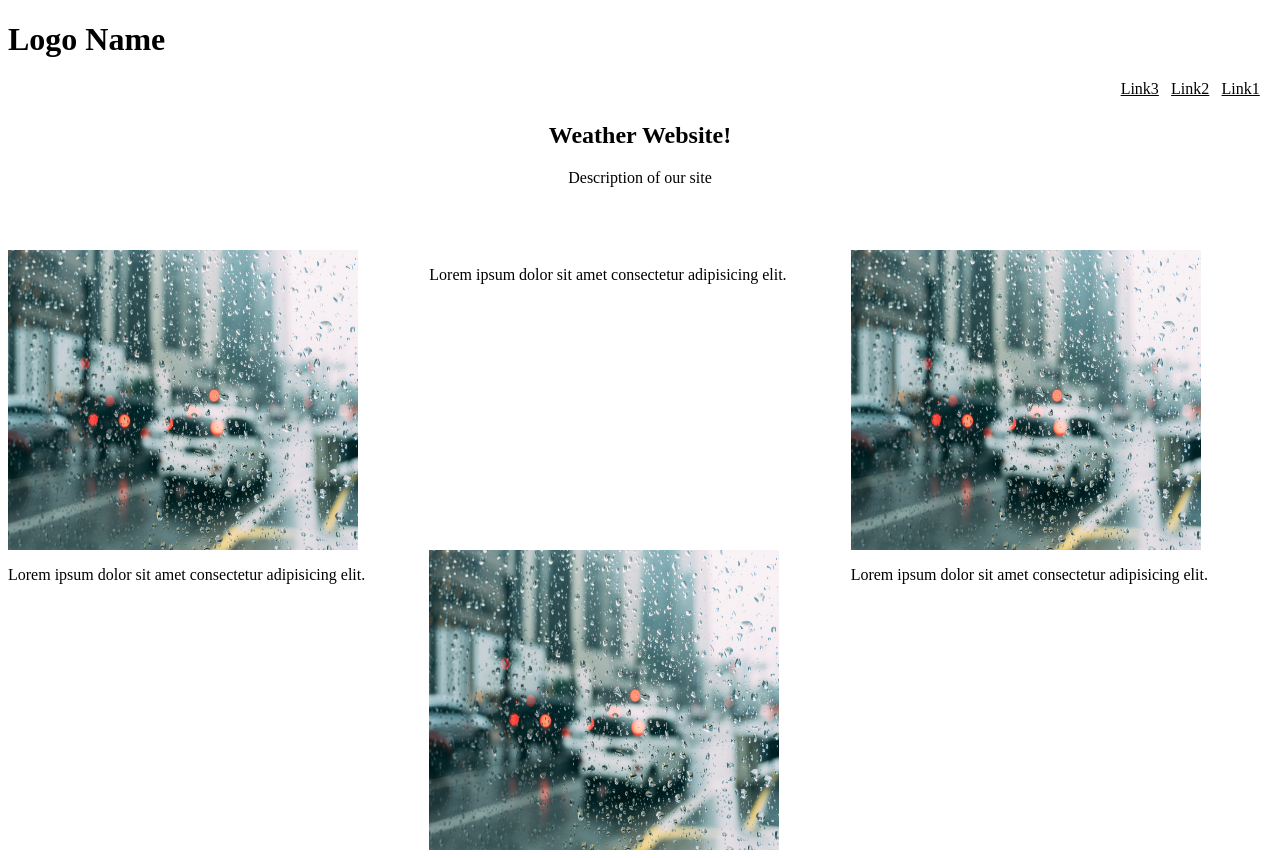
Repository: aaron1986/Breakout2_group_code
Page: index.html
These files come from the project's save history. The page is drawn as it stood at one moment and after the next save; the edit follows.
The browser window is 1280 px wide. The pictures show the whole page.

Above is the page before, as saved 2023-09-13 09:43:46.

After the next save:
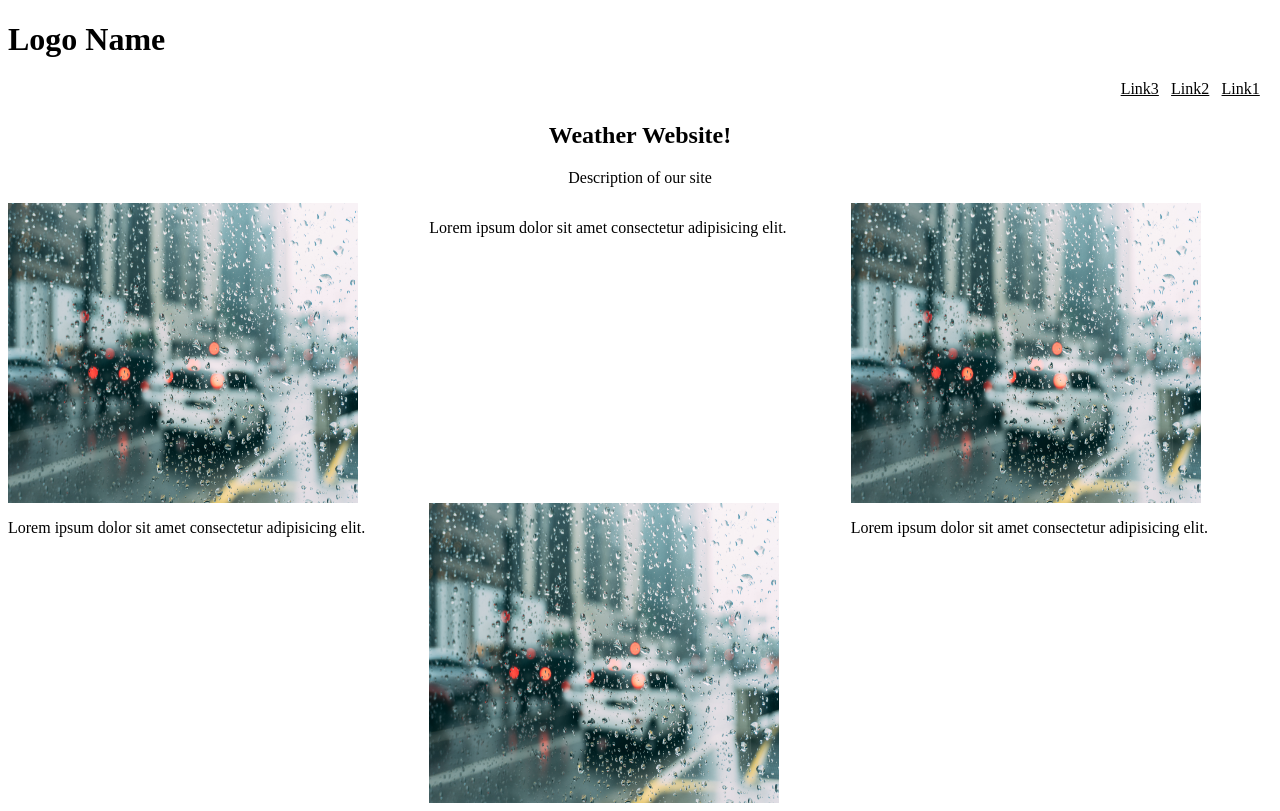
Saved 2 min 24 s later.
--- a/style.css
+++ b/style.css
@@ -28,7 +28,7 @@
 
 
 .image-container{
-    margin-top: 5%;
+
     display: grid;
     justify-content: center;
     grid-template-columns: repeat(3, 1fr);

After the save that followed:
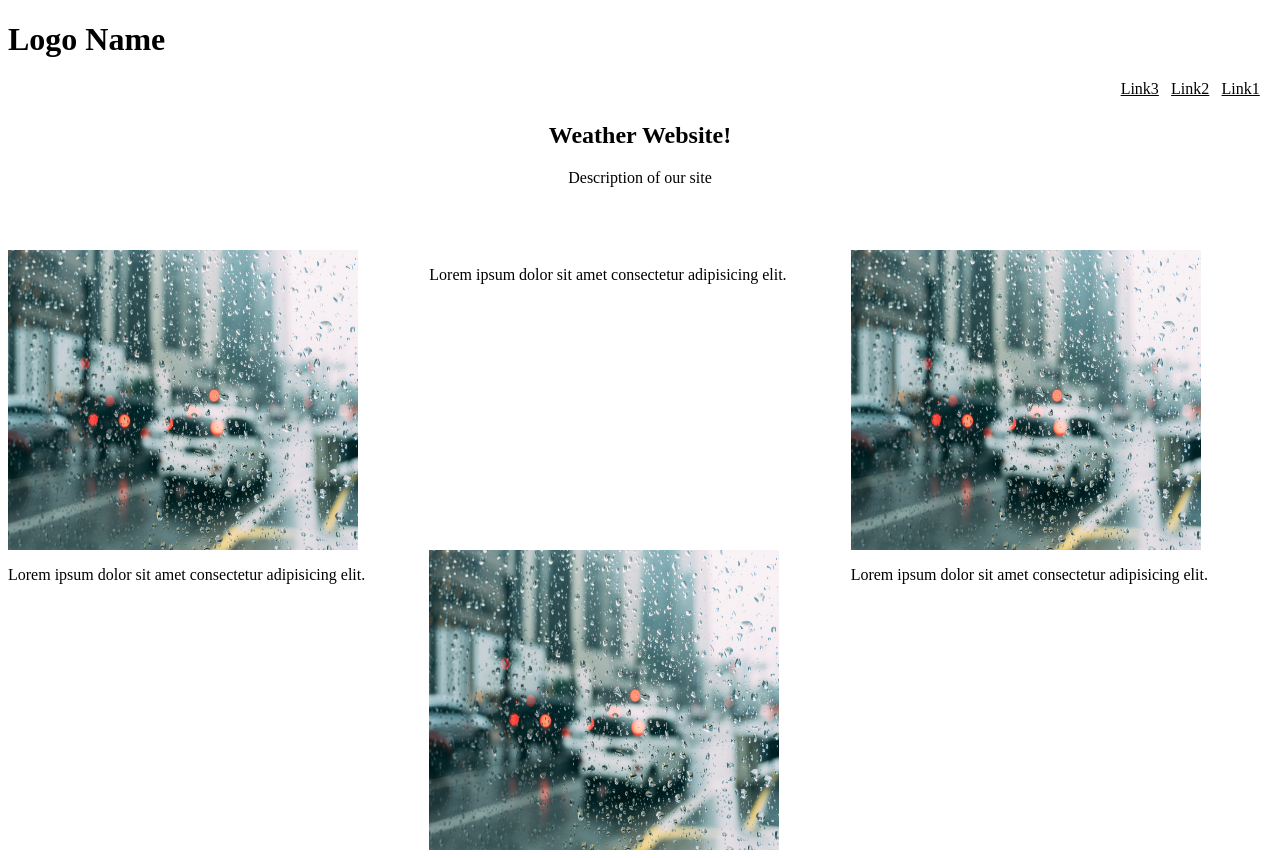
Saved 19 s later.
--- a/style.css
+++ b/style.css
@@ -28,7 +28,7 @@
 
 
 .image-container{
-
+    margin-top: 5%;
     display: grid;
     justify-content: center;
     grid-template-columns: repeat(3, 1fr);
